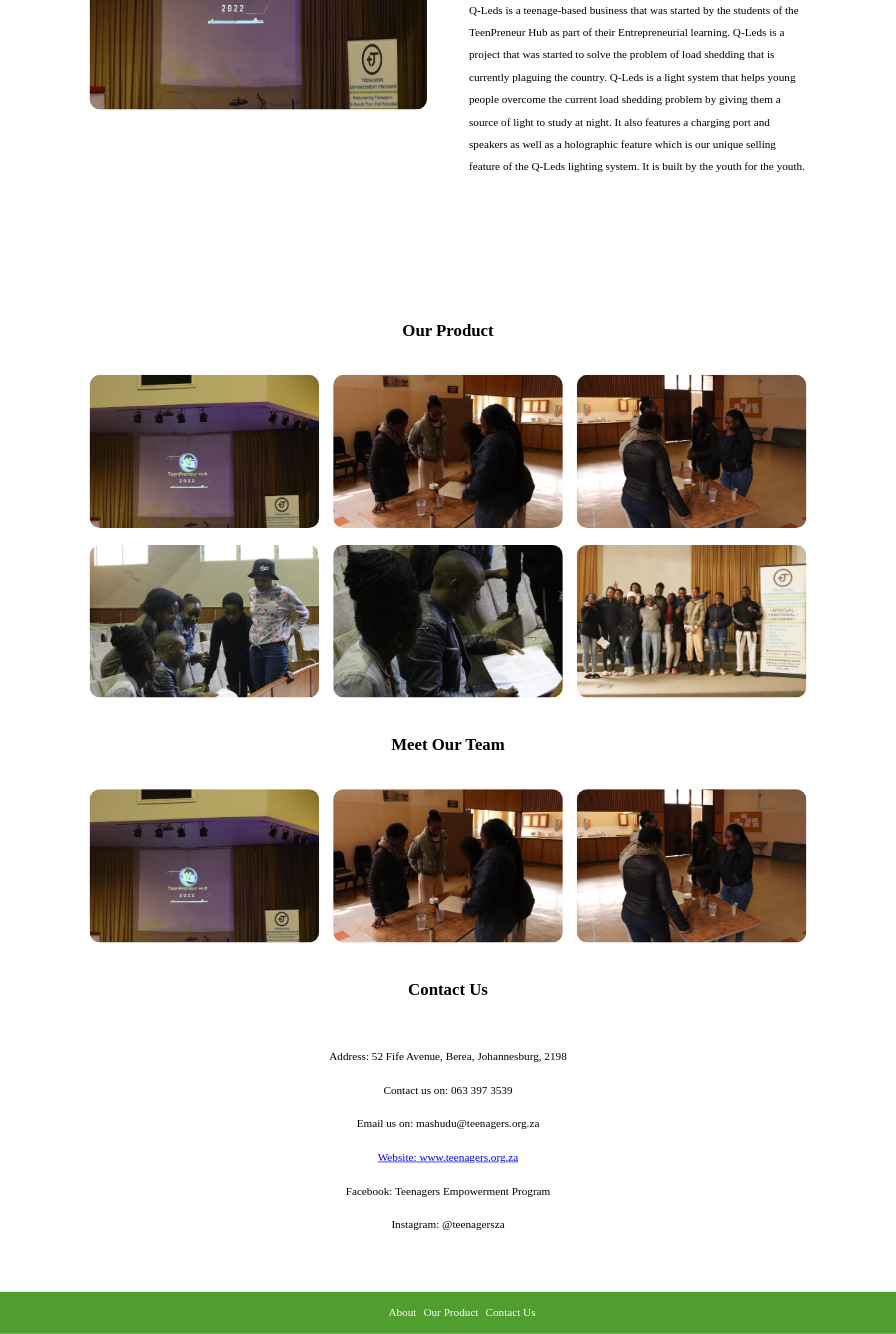
Repository: chadrackkyungu/4-BCT-TPH-Website
Page: index.html
An editor plug-in stored every save of this project. The page is shown before and after the next save, followed by the edit.
The browser window is 1280 px wide. The pictures show the part of the page from y = 1458 to 3378 px (the page is 3364 px tall before and 3378 px after), at 70% of full size.

Above is the page before, as saved 2022-10-21 09:37:44.

### index.html
<!DOCTYPE html>
<html lang="en">

<head>
    <meta charset="UTF-8">
    <meta http-equiv="X-UA-Compatible" content="IE=edge">
    <meta name="viewport" content="width=device-width, initial-scale=1.0">
    <title> TPH LAB </title>
    <link rel="stylesheet" href="/src/css/style.css">
</head>

<body>

    <div class="navigation">
        <div class="logocontainer">
            <img class="image1" src="./src/images/logo.png" alt="">
        </div>

        <ul class="nav-link">
            <a href="#about">
                <li>About</li>
            </a>
            <a href="#product">
                <li>Our Product</li>
            </a>
            <a href="#contact">
                <li>Contact Us</li>
            </a>
        </ul>
    </div>

    <div class="section1">
        <h2 class="title"> TEEN PRENEUR HUB 2022</h2>

        <div class="image-container">
            <img src="./src/images/img-2.jpeg" alt="">
        </div>
    </div>

    <div class="section1">
        <a id="about">
            <h2 class="title"> About Us</h2>
        </a>

        <div class="aboutcontainer">
            <div class="image-container">
                <img src="./src/images/img-4.jpeg" alt="">
            </div>


            <div class="contentcontainer">
                <h2>The Teenpreneur Hub</h2>

                <p>The Teenpreneur Hub is a teenage-based organisation with students that are built by the future. We aim to impact lives while making money. We do this through skills based learning in the disciplines of Technology, where we learn to create
                    websites such as this one that was created by the students of the Technology Hub, Media where we learn about photography and produce quality photos such as the ones posted on this webpage as well as Arts where we learn to do Graphic
                    Designing of Business Logos such as our Teenpreneur Hub logo.</p>

                <h2>Q-Leds</h2>

                <p>Q-Leds is a teenage-based business that was started by the students of the TeenPreneur Hub as part of their Entrepreneurial learning. Q-Leds is a project that was started to solve the problem of load shedding that is currently plaguing
                    the country. Q-Leds is a light system that helps young people overcome the current load shedding problem by giving them a source of light to study at night. It also features a charging port and speakers as well as a holographic feature
                    which is our unique selling feature of the Q-Leds lighting system. It is built by the youth for the youth.
                </p>

            </div>

        </div>
    </div>

    <div class="section1">
        <a id="product">
            <h2 class="title">Our Product</h2>
        </a>


        <div class="productcontainer">
            <div class="prductimagecontainer">
                <img src="./src/images/img-4.jpeg" alt="">
            </div>
            <div class="prductimagecontainer">
                <img src="./src/images/img-5.jpeg" alt="">
            </div>
            <div class="prductimagecontainer">
                <img src="./src/images/img-6.jpeg" alt="">
            </div>
            <div class="prductimagecontainer">
                <img src="./src/images/img-7.jpeg" alt="">
            </div>
            <div class="prductimagecontainer">
                <img src="./src/images/img-8.jpeg" alt="">
            </div>
            <div class="prductimagecontainer">
                <img src="./src/images/img-9.jpeg" alt="">
            </div>

        </div>
    </div>


    <div class="section1">
        <a id="product">
            <h2 class="title">Meet Our Team</h2>
        </a>

        <div class="teamcontainer">
            <div class="prductimagecontainer">
                <img src="./src/images/img-4.jpeg" alt="">
            </div>
            <div class="prductimagecontainer">
                <img src="./src/images/img-5.jpeg" alt="">
            </div>
            <div class="prductimagecontainer">
                <img src="./src/images/img-6.jpeg" alt="">
            </div>
        </div>
    </div>

    <div class="section1">
        <a id="contact">
            <h2 class="title"> Contact Us</h2>
        </a>

        <div class="contactcontainer">
            <div class="contactcontent">
                <P>Address: 52 Fife Avenue, Berea, Johannesburg, 2198</P>
                <p>Contact us on: 063 397 3539</p>
                <p>Email us on: mashudu@teenagers.org.za</p>
                <p><a href="https://teenagers.org.za/" target=" "> Website: www.teenagers.org.za </a></p>
                <p>Facebook: Teenagers Empowerment Program</p>
                <p>Instagram: @teenagersza</p>
            </div>
        </div>
    </div>

    <div class="navigation">
        <ul class="nav-link">
            <a href="#about">
                <li>About</li>
            </a>
            <a href="#product">
                <li>Our Product</li>
            </a>
            <a href="#contact">
                <li>Contact Us</li>
            </a>
        </ul>
    </div>
</body>
<html>

### src/css/style.css
html,
body {
    box-sizing: 0;
    margin: 0;
    padding: 0;
}

p {
    line-height: 2em;
}


/* NAVBAR */

.navigation {
    background-color: #509e2e;
    display: flex;
    justify-content: space-around;
    align-items: center;
}

.image1 {
    width: 100px;
}

.nav-link {
    display: flex;
}

.nav-link li {
    list-style-type: none;
    padding: 5px;
    color: white;
}

.nav-link a {
    text-decoration: none !important;
}


/* SECTION 1 */

.section1 {
    width: 80%;
    margin: 0 auto;
}

img {
    border-radius: 15px;
}

.title {
    text-align: center;
    margin-bottom: 50px;
    margin-top: 50px;
}

.image-container {
    width: 100%;
    height: 100vh;
}

.image-container img {
    width: 100%;
    height: 65% !important;
}

.aboutcontainer {
    display: flex;
    justify-content: space-between;
    /* align-items: center; */
    /* border: 5px solid red; */
}

.aboutcontainer .image-container {
    margin-top: 5em;
}

.contentcontainer {
    margin-left: 60px;
    width: 100%;
    /* border: 5px solid #00ff2a; */
}

.productcontainer {
    display: grid;
    grid-template-columns: 1fr 1fr 1fr;
    gap: 20px;
}

.teamcontainer {
    display: grid;
    grid-template-columns: 1fr 1fr 1fr;
    gap: 20px;
}

.prductimagecontainer {
    width: 100%;
}

.prductimagecontainer img {
    width: 100%;
}

.contactcontainer {
    display: flex;
    justify-content: center;
    align-items: center;
    margin-bottom: 4em;
}

.contactcontent {
    margin: auto 0;
    text-align: center;
}

.logocontainer {
    width: 10%;
}

.logocontainer img {
    width: 50%;
    border-radius: 100%;
}

After the next save:
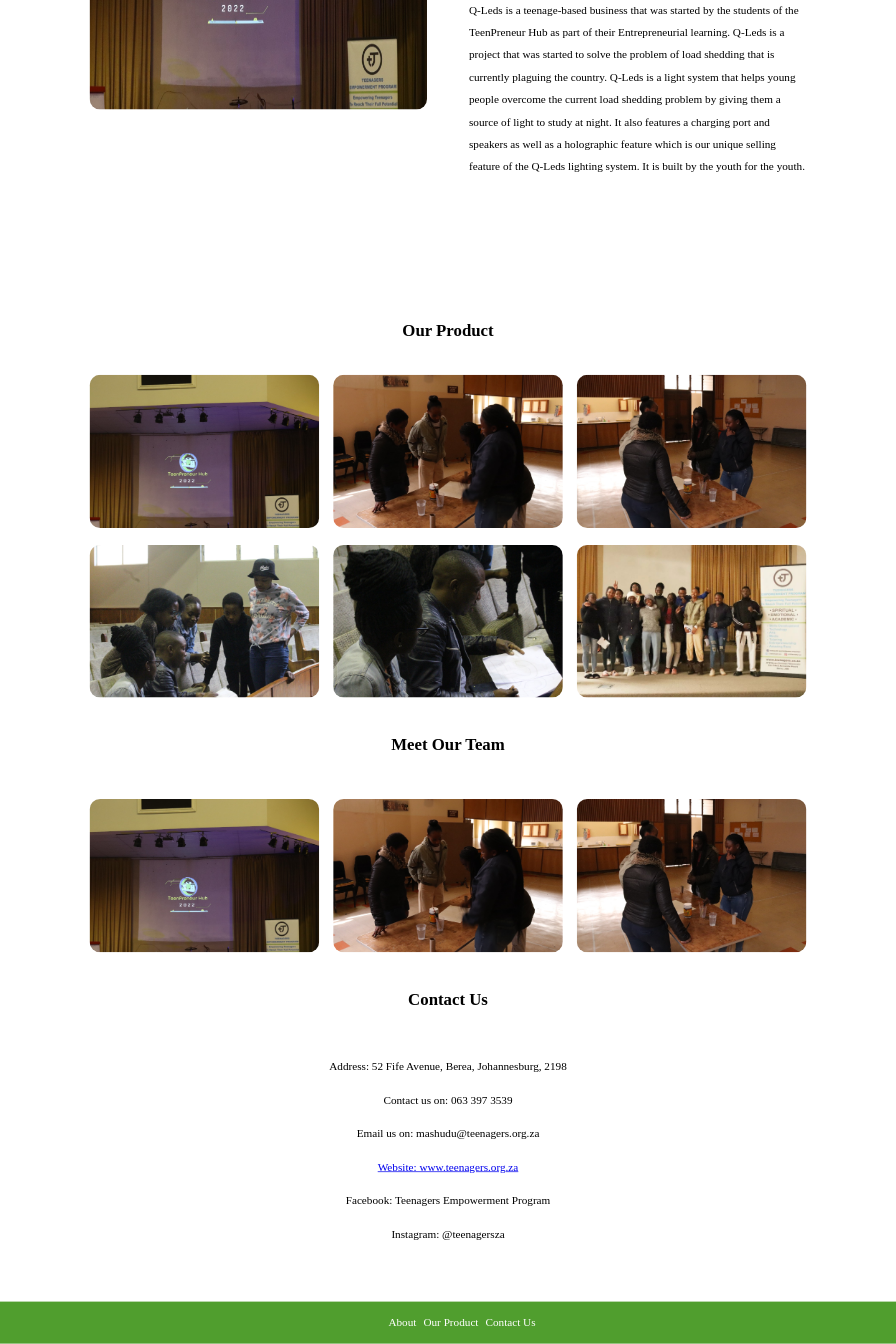
Saved 19 s later.
--- a/src/css/style.css
+++ b/src/css/style.css
@@ -92,6 +92,7 @@
     display: grid;
     grid-template-columns: 1fr 1fr 1fr;
     gap: 20px;
+    margin-top: 4em;
 }
 
 .prductimagecontainer {
